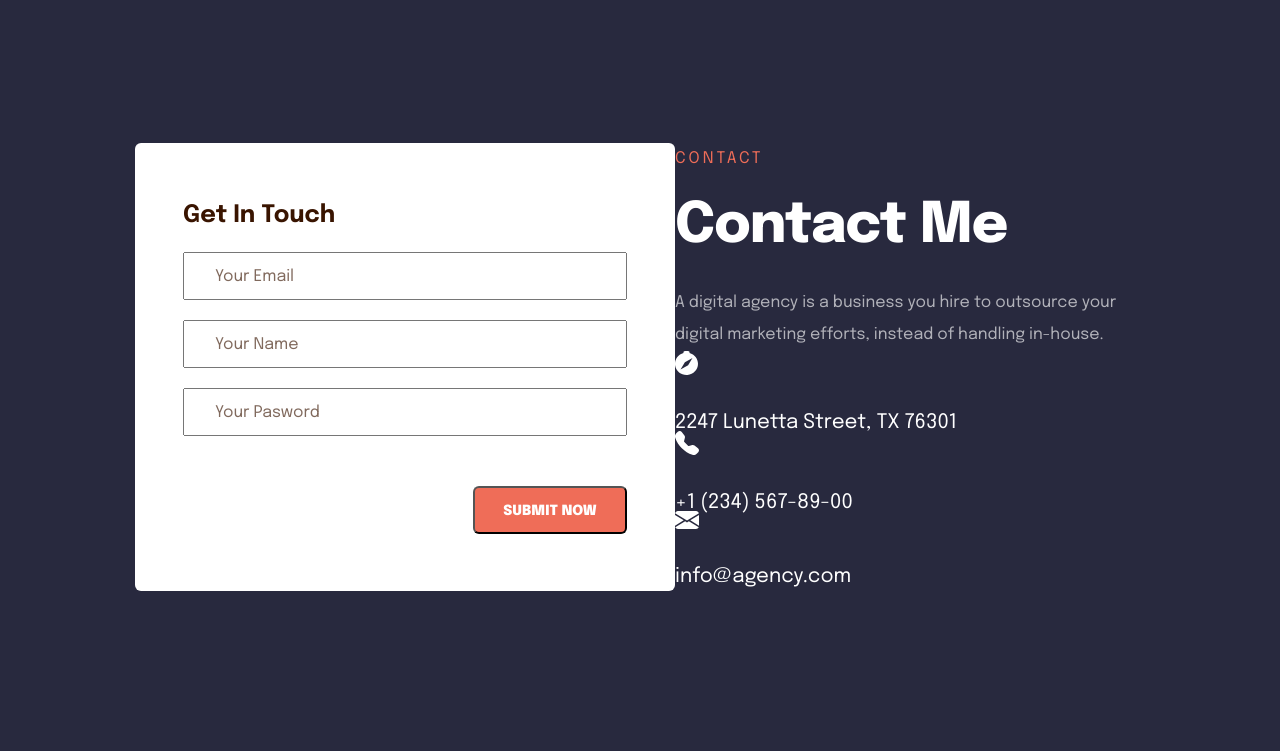
Repository: MehdiKerimov/Figma-Task-14
Page: index.html
An editor plug-in stored every save of this project. The page is shown before and after a run of saves, followed by the edit.
The browser window is 1280 px wide. The pictures show the whole page.

Above is the page before, as saved 2023-10-07 15:31:50.

After the next 2 saves:
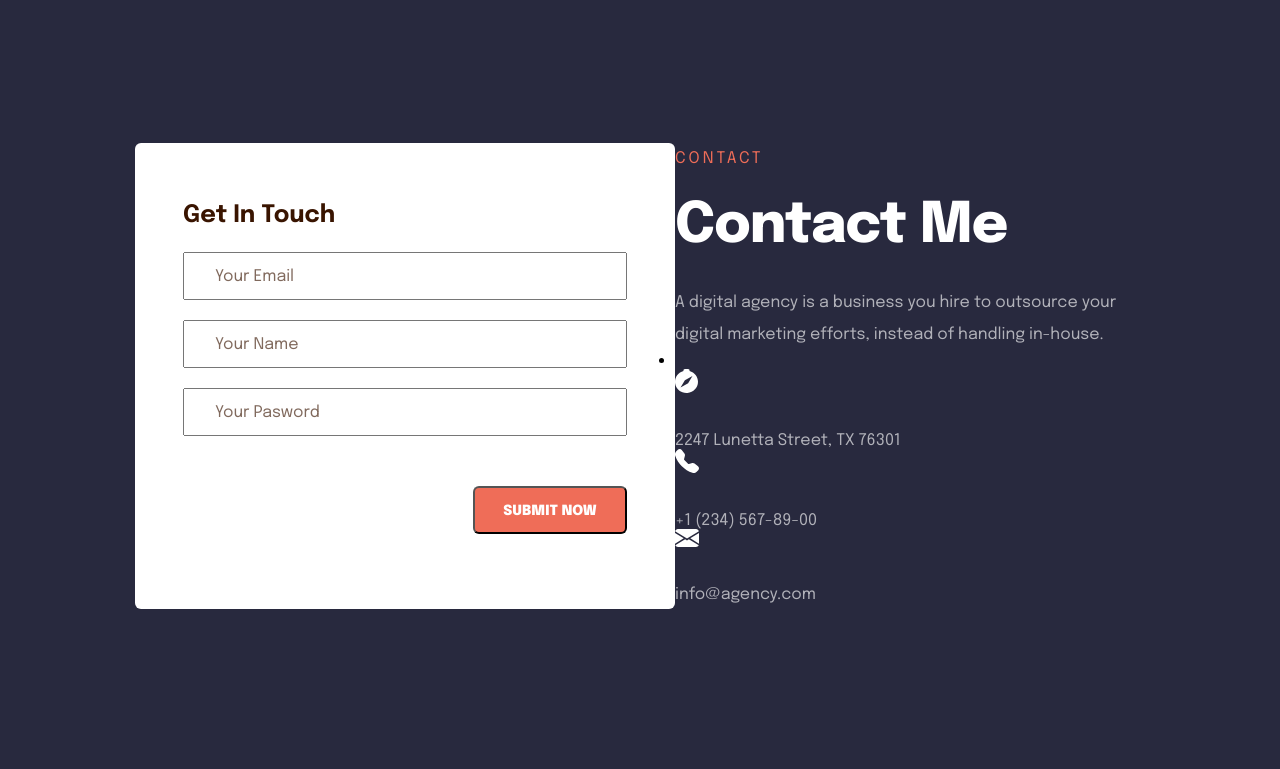
The 2 saves are shown as one change because they came seconds apart.
The last was saved 7 s later.
--- a/index.html
+++ b/index.html
@@ -33,7 +33,10 @@
           marketing efforts, instead of handling in-house.
         </p>
 
-        <div class="box">
+        <ul>
+          <li>
+
+          </li>
           <div class="circle">
             <svg
               xmlns="http://www.w3.org/2000/svg"
